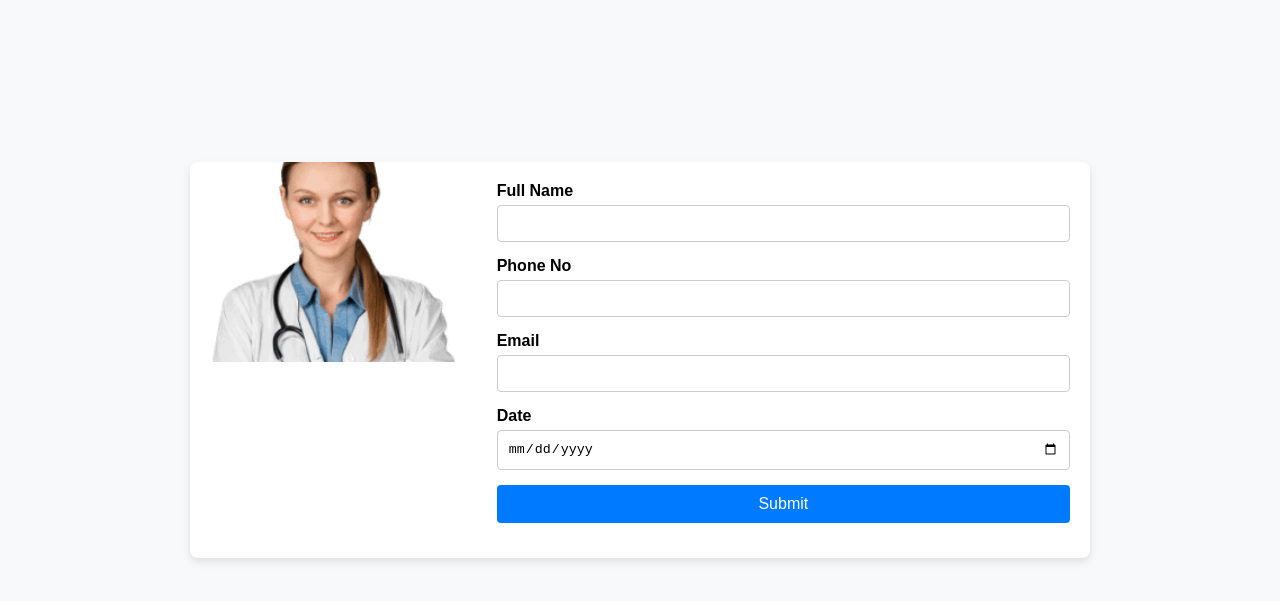
Repository: Reshu70/dental
Page: css/form.html
An editor plug-in stored every save of this project. The page is shown before and after the next save, followed by the edit.
The browser window is 1280 px wide. The pictures show the whole page.

Above is the page before, as saved 2024-06-06 11:54:03.

After the next save:
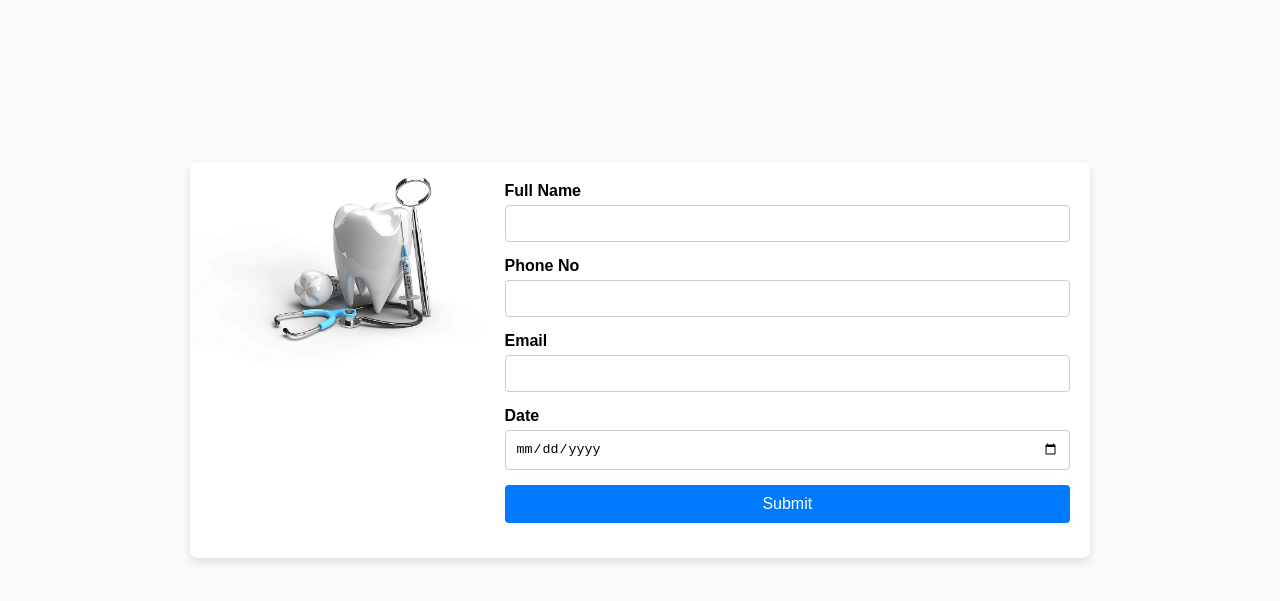
Saved 28 s later.
--- a/css/form.html
+++ b/css/form.html
@@ -95,7 +95,7 @@
 </head>
 <body>
     <div class="container">
-        <img src="/images/team-1-1.png " alt="About Us Image" style="height: 200px;" class="img-fluid text-center" style="text:center; margin-top:200px;">
+        <img src="/images/About-us.jpg " alt="About Us Image" style="height: 200px;" class="img-fluid text-center mt-5">
         <div class="form-container">
             <form>
                 <div class="form-group">
